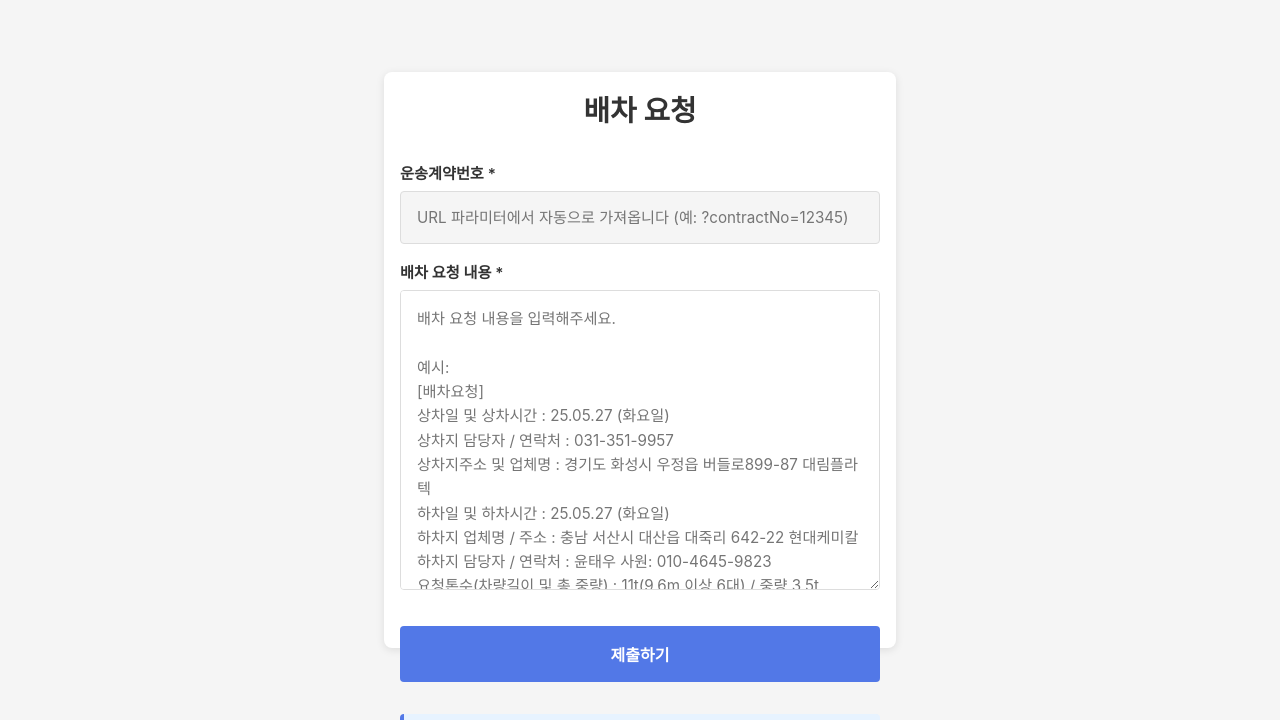
Repository: deul428/logis_transport
Page: / (app in frontend/)
These files come from the project's save history. The page is drawn as it stood at one moment and after the next save; the edit follows.
The browser window is 1280 px wide. The pictures show the whole page.
The project was rebuilt for these pictures with package versions that can differ from the ones it lists, and the page was loaded fresh each time. Also part of the build but not shown: frontend/src/App.scss.

Above is the page before, as saved 2025-11-13 13:51:59.

### frontend/public/index.html
<!DOCTYPE html>
<html lang="en">
  <head>
    <meta charset="utf-8" />
    <link rel="icon" href="%PUBLIC_URL%/favicon.ico" />
    <meta name="viewport" content="width=device-width, initial-scale=1" />
    <meta name="theme-color" content="#000000" />
    <meta
      name="description"
      content="Web site created using create-react-app"
    />
    <link rel="apple-touch-icon" href="%PUBLIC_URL%/android-icon-192x192.png" />
    <!--
      manifest.json provides metadata used when your web app is installed on a
      user's mobile device or desktop. See https://developers.google.com/web/fundamentals/web-app-manifest/
    -->
    <link rel="manifest" href="%PUBLIC_URL%/manifest.json" />
    <!--
      Notice the use of %PUBLIC_URL% in the tags above.
      It will be replaced with the URL of the `public` folder during the build.
      Only files inside the `public` folder can be referenced from the HTML.

      Unlike "/favicon.ico" or "favicon.ico", "%PUBLIC_URL%/favicon.ico" will
      work correctly both with client-side routing and a non-root public URL.
      Learn how to configure a non-root public URL by running `npm run build`.
    -->
    <title>로지스 운송 오더</title>
  </head>
  <body>
    <div id="root"></div>
    <!--
      This HTML file is a template.
      If you open it directly in the browser, you will see an empty page.

      You can add webfonts, meta tags, or analytics to this file.
      The build step will place the bundled scripts into the <body> tag.

      To begin the development, run `npm start` or `yarn start`.
      To create a production bundle, use `npm run build` or `yarn build`.
    -->
  </body>
</html>

### frontend/src/App.js
import { useState, useEffect } from "react";
import "./App.scss";
import "./styles/transport.scss";

function App() {
  const [contractNo, setContractNo] = useState("");
  const [content, setContent] = useState("");
  const [isSubmitted, setIsSubmitted] = useState(false);

  useEffect(() => {
    // URL에서 계약 번호 파라미터 읽기
    const params = new URLSearchParams(window.location.search);
    const contractNoParam =
      params.get("contractNo") || params.get("contract") || "";

    if (contractNoParam) {
      setContractNo(contractNoParam);
    }
  }, []);

  // 구글 폼 제출
  const handleSubmit = async (e) => {
    e.preventDefault();

    if (!contractNo.trim()) {
      alert(
        "계약 번호가 없습니다. URL에 계약 번호를 포함해주세요. (예: ?contractNo=12345)"
      );
      return;
    }

    if (!content.trim()) {
      alert("배차 요청 내용을 입력해 주세요.");
      return;
    }

    try {
      // 제출 시간 생성 (한국 시간)
      const now = new Date();
      const koreaTimeOffset = 9 * 60; // 한국은 UTC+9
      const koreaTime = new Date(now.getTime() + koreaTimeOffset * 60 * 1000);
      const year = koreaTime.getFullYear();
      const month = String(koreaTime.getMonth() + 1).padStart(2, "0");
      const day = String(koreaTime.getDate()).padStart(2, "0");
      const hours = String(koreaTime.getHours()).padStart(2, "0");
      const minutes = String(koreaTime.getMinutes()).padStart(2, "0");
      const seconds = String(koreaTime.getSeconds()).padStart(2, "0");
      const submitTime = `${year}-${month}-${day} ${hours}:${minutes}:${seconds}`;

      const formData = new FormData();
      // 계약 번호 필드 (구글 폼의 entry ID로 변경 필요)
      formData.append("entry.1271596132", contractNo);
      // 배차 요청 내용 필드 (구글 폼의 entry ID로 변경 필요)
      formData.append("entry.1285765036", content);


      // 구글 폼 URL (실제 구글 폼 URL로 변경 필요)
      const googleFormUrl =
        "https://docs.google.com/forms/d/e/1FAIpQLSepUaIyU7xQX5y7V2-OXf7BZamqW1xnarS4jM8SswiHX2m2rA/formResponse";

      await fetch(googleFormUrl, {
        method: "POST",
        body: formData,
        mode: "no-cors",
      });

      setIsSubmitted(true);
    } catch (err) {
      alert("오류가 발생했습니다. 관리자에게 문의해 주세요.");
      console.error(err);
    }
  };

  const resetForm = () => {
    setContent("");
    setIsSubmitted(false);
  };

  return (
    <div id="transport">
      <div className="cntnt_box">
        <div className="transport_header">
          <h2>배차 요청</h2>
        </div>

        {/* 입력 폼 */}
        {!isSubmitted && (
          <div id="input_area">
            <form id="customForm" onSubmit={handleSubmit}>
              <div className="input_field">
                <label>운송계약번호 *</label>
                <input
                  type="text"
                  value={contractNo}
                  disabled
                  placeholder="URL 파라미터에서 자동으로 가져옵니다 (예: ?contractNo=12345)"
                  style={{
                    backgroundColor: "#f5f5f5",
                    cursor: "not-allowed",
                    color: "#666",
                  }}
                />
              </div>

              <div className="input_field">
                <label>배차 요청 내용 *</label>
                <textarea
                  name="content"
                  rows={10}
                  placeholder={`배차 요청 내용을 입력해주세요.

예시:
[배차요청]
상차일 및 상차시간 : 25.05.27 (화요일)
상차지 담당자 / 연락처 : 031-351-9957
상차지주소 및 업체명 : 경기도 화성시 우정읍 버들로899-87 대림플라텍
하차일 및 하차시간 : 25.05.27 (화요일)
하차지 업체명 / 주소 : 충남 서산시 대산읍 대죽리 642-22 현대케미칼
하차지 담당자 / 연락처 : 윤태우 사원: 010-4645-9823
요청톤수(차량길이 및 총 중량) : 11t(9.6m 이상 6대) / 중량 3.5t
수작업유무 Y/N : N
※요청차량대수 : 총 8대`}
                  value={content}
                  onChange={(e) => setContent(e.target.value)}
                />
              </div>

              <button type="submit">제출하기</button>
            </form>
          </div>
        )}

        {/* 결과 표시 영역 */}
        {isSubmitted && (
          <div id="result_area">
            <h2>접수가 완료되었습니다.</h2>
            <div id="submittedData" className="card">
              <div className="rows row_01">
                <h3>운송계약번호</h3>
                <p>{contractNo || "미입력"}</p>
              </div>
              <div className="rows row_02">
                <h3>배차 요청 내용</h3>
                <p style={{ whiteSpace: "pre-wrap", wordBreak: "break-word" }}>
                  {content}
                </p>
              </div>
            </div>
            <button id="newResponseLink" onClick={resetForm}>
              신규 접수하기
            </button>
          </div>
        )}

        {/* 안내 영역 */}
        {!isSubmitted && (
          <div id="desc_area">
            <div className="info_box">
              <h4>📋 사용 안내</h4>
              <p>
                1. URL에 계약 번호를 포함하여 접근하세요. (예:
                ?contractNo=12345)
                <br />
                2. 배차 요청 내용을 입력한 후 제출 버튼을 클릭하세요.
                <br />
                3. 제출 시간은 자동으로 기록됩니다.
              </p>
            </div>
          </div>
        )}
      </div>
    </div>
  );
}

export default App;

### frontend/src/styles/transport.scss
#transport {
  width: 100dvw;
  height: 100dvh;
  margin: 0 auto;
  min-height: 100vh;
  background-color: #f5f5f5;
  display: flex;
  justify-content: center;
  align-items: center;
  overflow: hidden;

  .cntnt_box {
    padding: 1rem;
    height: calc(80% - 2rem);
    width: calc(40% - 2rem);
    background-color: white;
    border-radius: 8px;
    box-shadow: 0 2px 8px rgba(0, 0, 0, 0.1);

    .transport_header {
      text-align: center;
      margin-bottom: 2rem;

      h2 {
        margin: 0 0 0.2rem;
        font-size: 1.8rem;
        color: #333;
      }
    }

    #input_area {
      margin-bottom: 1rem;
      width: 100%;

      form {
        margin: 0 auto;
        text-align: left;

        .input_field {
          margin-bottom: 1rem;

          label {
            display: block;
            margin-bottom: 8px;
            font-weight: 600;
            color: #333;
            font-size: 0.95rem;
          }

          input,
          textarea {
            font-family: inherit;
            width: 100%;
            padding: 1rem;
            border: 1px solid #ddd;
            border-radius: 0.25rem;
            font-size: 0.95rem;
            box-sizing: border-box;
            transition: border-color 0.3s;

            &:focus {
              outline: none;
              border-color: #5278e7;
            }

            &:disabled {
              background-color: #f5f5f5;
              cursor: not-allowed;
              color: #666;
            }
          }

          textarea {
            resize: vertical;
            min-height: 300px;
            line-height: 1.6;
          }
        }

        button[type="submit"] {
          width: 100%;
          padding: 1rem 0.5rem;
          background-color: #5278e7;
          color: white;
          border: none;
          border-radius: 0.25rem;
          font-size: 1rem;
          font-weight: 600;
          cursor: pointer;
          transition: background-color 0.3s;
          margin-top: 1rem;

          &:hover {
            background-color: #4268d6;
          }

          &:active {
            background-color: #3258c6;
          }
        }
      }
    }

    #result_area {
      margin: -1rem 0 0;
      width: 100%;
      text-align: center;

      h2 {
        margin: 0 0 1rem;
        font-size: 1.5rem;
        color: #333;
      }

      #submittedData {
        text-align: left;
        margin-bottom: 1rem;
        background-color: #f9f9f9;
        border-radius: 0.25rem;
        padding: 1rem;
        box-shadow: none;

        div.rows {
          width: 100%;
          margin-bottom: 1rem;

          &:last-child {
            margin-bottom: 0;
          }

          h3 {
            margin-top: 0;
            margin-bottom: 1rem;
            font-size: 1rem;
            color: #5278e7;
          }

          p {
            white-space: pre-wrap;
            word-break: break-word;
            overflow-wrap: break-word;
            margin: 0;
            color: #333;
            line-height: 1.6;
          }
        }
      }

      #newResponseLink {
        width: 100%;
        padding: 1rem;
        background-color: #6c757d;
        color: white;
        border: none;
        border-radius: 0.25rem;
        font-size: 0.95rem;
        font-weight: 600;
        cursor: pointer;
        transition: background-color 0.3s;
        margin-top: 1rem;

        &:hover {
          background-color: #5a6268;
        }
      }
    }

    #desc_area {
      width: 100%;
      margin-top: 2rem;

      .info_box {
        background-color: #e7f3ff;
        border-left: 0.25rem solid #5278e7;
        padding: 1rem;
        border-radius: 0.25rem;

        h4 {
          margin: 0 0 1rem;
          font-size: 1rem;
          color: #333;
        }

        p {
          margin: 0;
          font-size: 0.9rem;
          color: #555;
          line-height: 1.6;
        }
      }
    }
  }

  /* 반응형 */
  @media (max-width: 768px) {
    padding: 1rem;

    .cntnt_box {
      padding: 1rem;

      .transport_header h2 {
        font-size: 1.5rem;
      }

      #input_area form .input_field textarea {
        min-height: 250px;
      }
    }
  }
}

Loaded but not shown: frontend/src/index.js (common file); frontend/src/index.css (common file); frontend/src/reportWebVitals.js (common file)

After the next save:
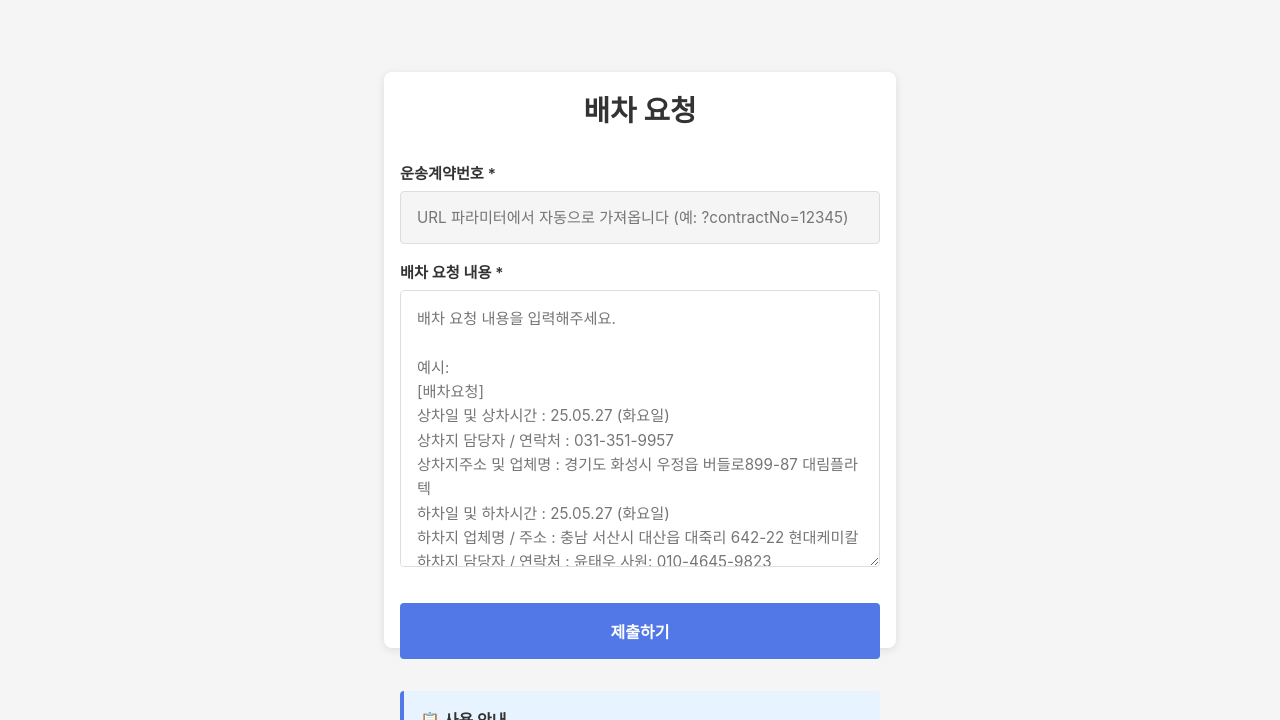
Saved 14 s later.
--- a/frontend/src/styles/transport.scss
+++ b/frontend/src/styles/transport.scss
@@ -72,7 +72,6 @@
 
           textarea {
             resize: vertical;
-            min-height: 300px;
             line-height: 1.6;
           }
         }
